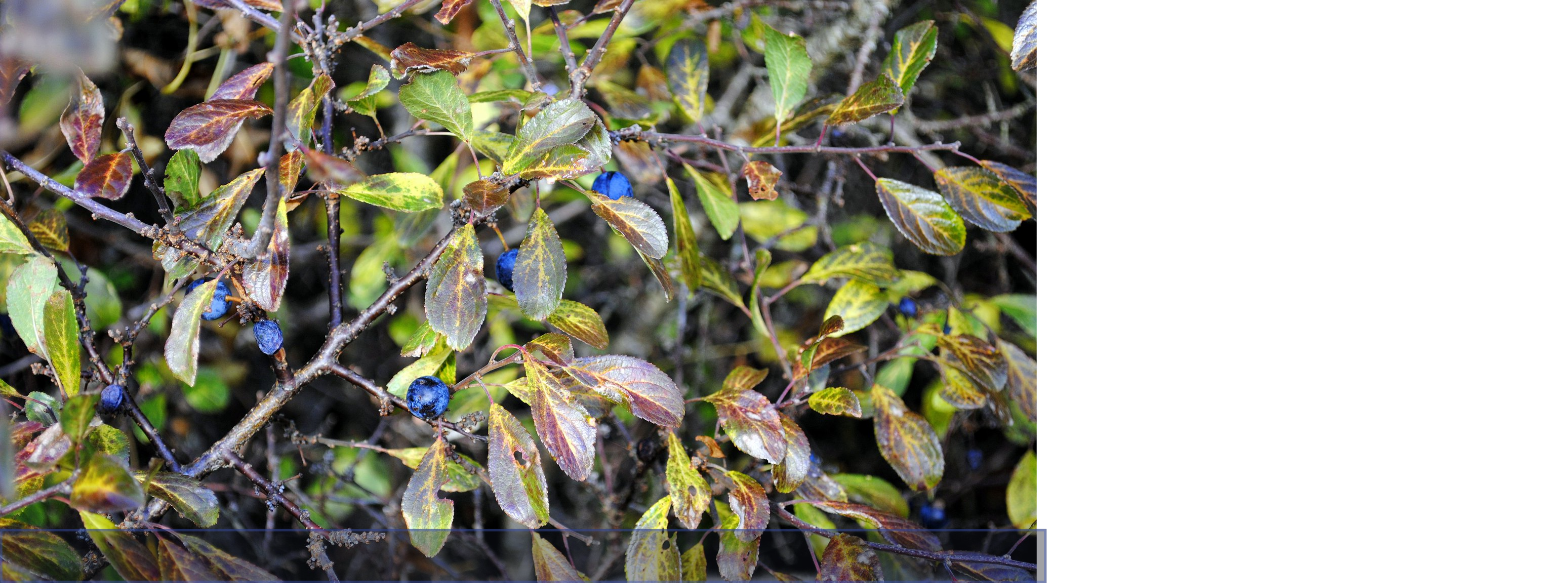
Repository: js223mx/js223mx-1dv403-laborationer
Page: 5-pwd/index.html
The author's editor kept a record of every edit. The page is drawn from the files as they stood at one moment, then again after the next edit.
The browser window is 1280 px wide. The page is 1292 px wide, then 1916 px, so the pictures cover 1916 px, including what lies to the right of the window. The pictures show the whole page, at 81% of full size.

Above is the page before.

After the next edit:
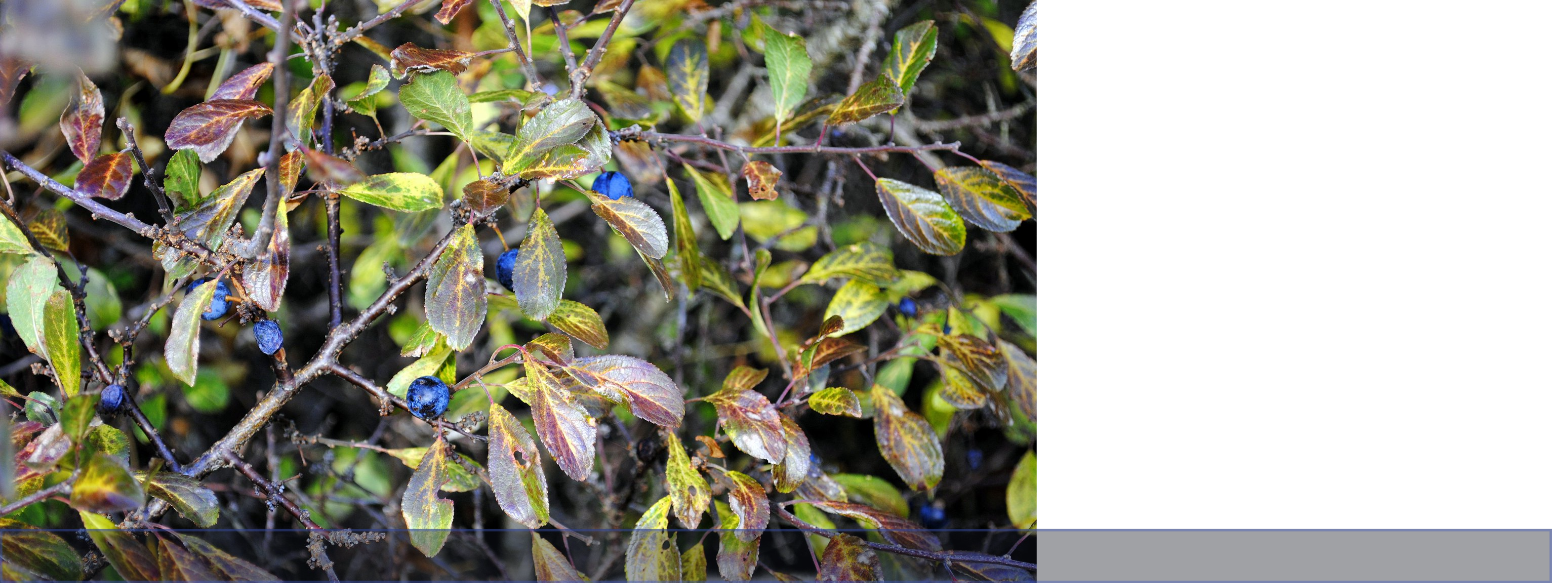
The edit:
--- a/5-pwd/css/style.css
+++ b/5-pwd/css/style.css
@@ -11,7 +11,7 @@
 }
 
 #Myfooter{
-    width:100%;
+    width:1904px;
     height:55px;
     border: solid hsla(228,50%,50%,0.4);
     background-color:hsla(228,25%,10%,0.4);
